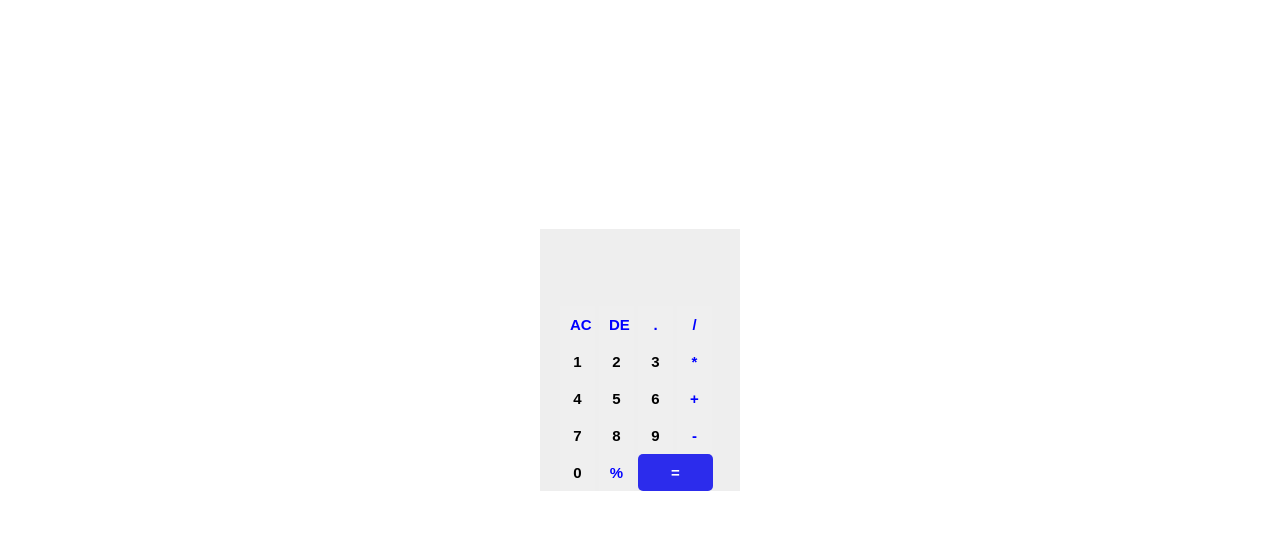
Repository: jerrys-arch/web-calculator
Page: index.html
An editor plug-in stored every save of this project. The page is shown before and after a run of saves, followed by the edit.
The browser window is 1280 px wide. The pictures show the whole page.

Above is the page before, as saved 2024-11-30 05:37:11.

### index.html
<!DOCTYPE html>
<html lang="en">
<head>
    <meta charset="UTF-8">
    <meta name="viewport" content="width=device-width, initial-scale=1.0">
    <title>calculator</title>
    <link rel="stylesheet" href="styles.css">
</head>
<body>
    <div class="container">
        <div class="calculator">
            <form>
            <div class="display">
                <input id="display" type="text">
            </div>
            <div class="btn">
                <input type="button" value="AC" class="operator">
                <input type="button" value="DE" class="operator">
                <input type="button" value="." class="operator">
                <input type="button" value="/" class="operator">
            </div>
            <div class="btn">
                <input type="button" value="1" onclick="appendToDisplay('1')">
                <input type="button" value="2" onclick="appendToDisplay('2')">
                <input type="button" value="3" onclick="appendToDisplay('3')">
                <input type="button" value="*" class="operator" onclick="appendToDisplay('*')">
            </div>
            <div>
                <input type="button" value="4" onclick="appendToDisplay('4')">
                <input type="button" value="5" onclick="appendToDisplay('5')">
                <input type="button" value="6" onclick="appendToDisplay('6')">
                <input type="button" value="+" class="operator" onclick="appendToDisplay('+')">
            </div>
            <div class="btn">
                <input type="button" value="7">
                <input type="button" value="8">
                <input type="button" value="9">
                <input type="button" value="-" class="operator">
            </div>
            <div class="btn">
                <input type="button" value="0">
                <input type="button" value="%" class="operator">
                <input type="button" value="=" id="equal">
            </div>
        </form>
        </div>
    </div>
    <script src="script.js"></script>
</body>
</html>

### styles.css
*{
    margin:0;
    padding:0;
    box-sizing: border-box;
}

.container{
    display:flex;
    align-items: center;
    justify-content: center;
    height:100vh;
}
.calculator{
    align-items: center;
    padding-left:20px;
    width:200px;
    background: #eee;
}
.calculator form input{
    width:35px;
    padding: 10px;
    border:none;
    font-size: 15px;
    font-weight: bold;
}
.calculator form .display{
   padding: 20px;

}
.calculator form #display{
   width:100%;
   border:none;
   background: transparent;
   text-align: right;
}
.calculator form #equal{
    width:75px;
    background: rgb(44, 44, 236);
    border:none;
   color:white;
   border-radius: 5px;
}
.operator{
    color:blue;
}

### script.js

const display = document.getElementById("display");
function appendToDisplay(value){
    display.value +=value;
}

After the next 3 saves:
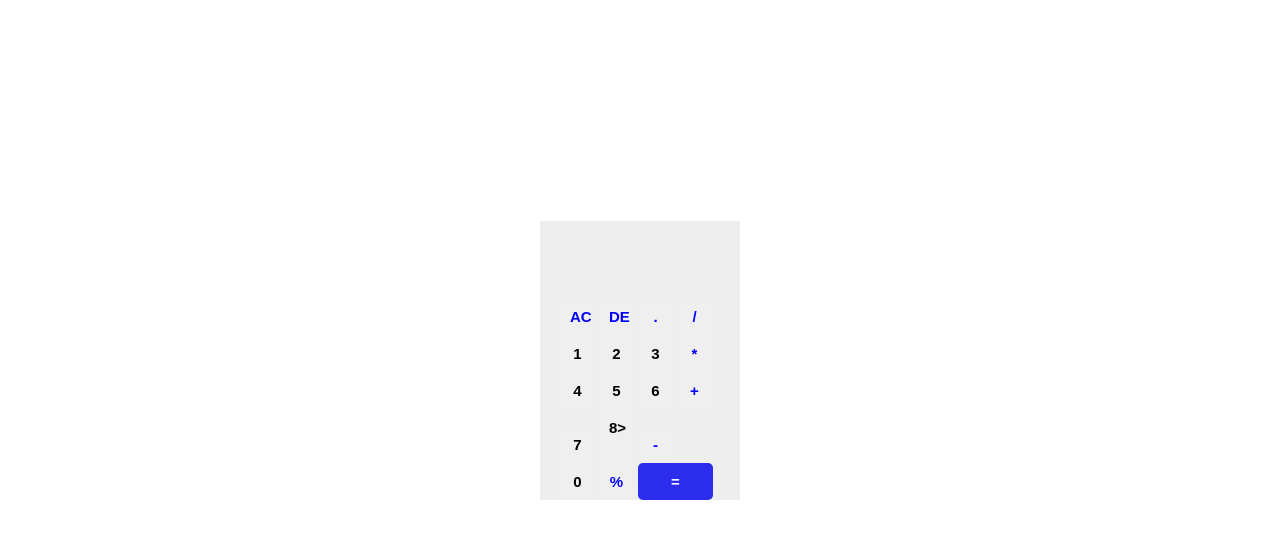
The 3 saves are shown as one change because they came seconds apart.
The last was saved 11 s later.
--- a/index.html
+++ b/index.html
@@ -32,8 +32,8 @@
                 <input type="button" value="+" class="operator" onclick="appendToDisplay('+')">
             </div>
             <div class="btn">
-                <input type="button" value="7">
-                <input type="button" value="8">
+                <input type="button" value="7" onclick="appendToDisplay('4')" >
+                <input type="button" value="8>
                 <input type="button" value="9">
                 <input type="button" value="-" class="operator">
             </div>

After the 5 saves that followed:
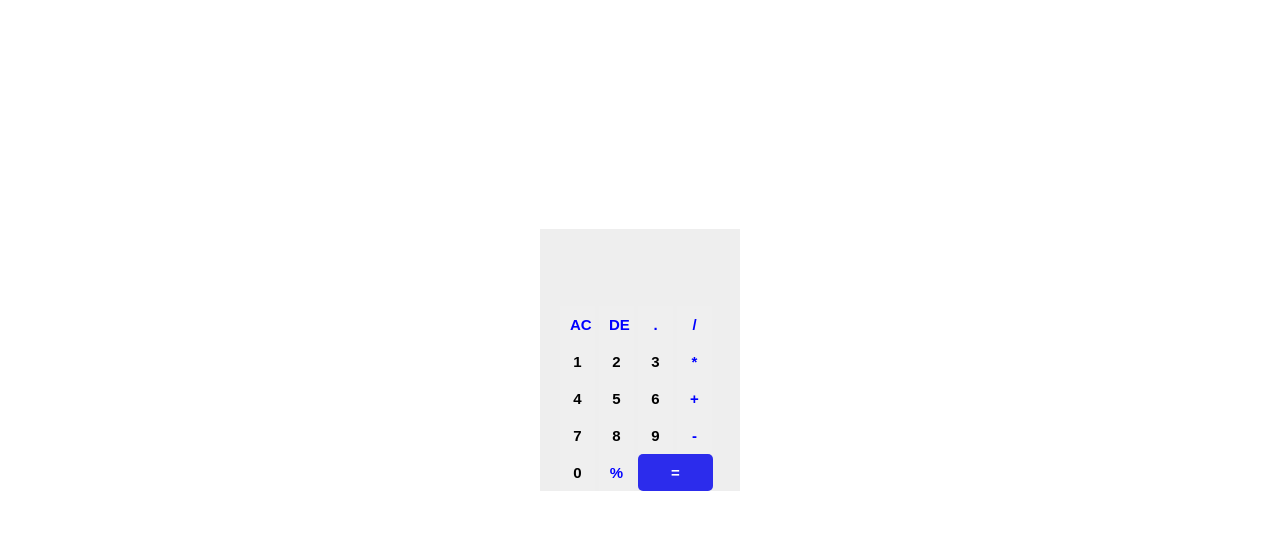
The 5 saves are shown as one change because they came seconds apart.
The last was saved 26 s later.
--- a/index.html
+++ b/index.html
@@ -33,9 +33,9 @@
             </div>
             <div class="btn">
                 <input type="button" value="7" onclick="appendToDisplay('4')" >
-                <input type="button" value="8>
-                <input type="button" value="9">
-                <input type="button" value="-" class="operator">
+                <input type="button" value="8" onclick="appendToDisplay('4')">
+                <input type="button" value="9" onclick="appendToDisplay('4')">
+                <input type="button" value="-" class="operator" onclick="appendToDisplay('4')">
             </div>
             <div class="btn">
                 <input type="button" value="0">
